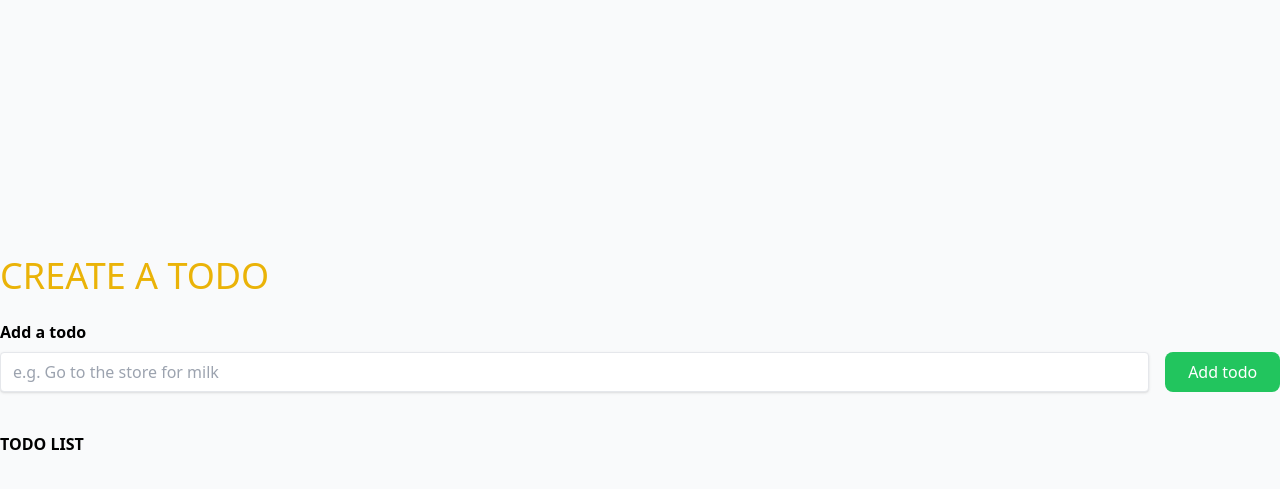
Repository: Kajo-lab/vue-todo
Page: /
The author's editor kept a copy of each file at every save. The page is drawn from the files as they stood at one save, then again after the next save.
The browser window is 1280 px wide. The pictures show the whole page.
The project was rebuilt for these pictures with package versions that can differ from the ones it lists, and the page was loaded fresh each time. Also part of the build but not shown: vite.config.js, webpack.config.js.

Above is the page before, as saved 2022-07-07 19:06:16.

After the next save:
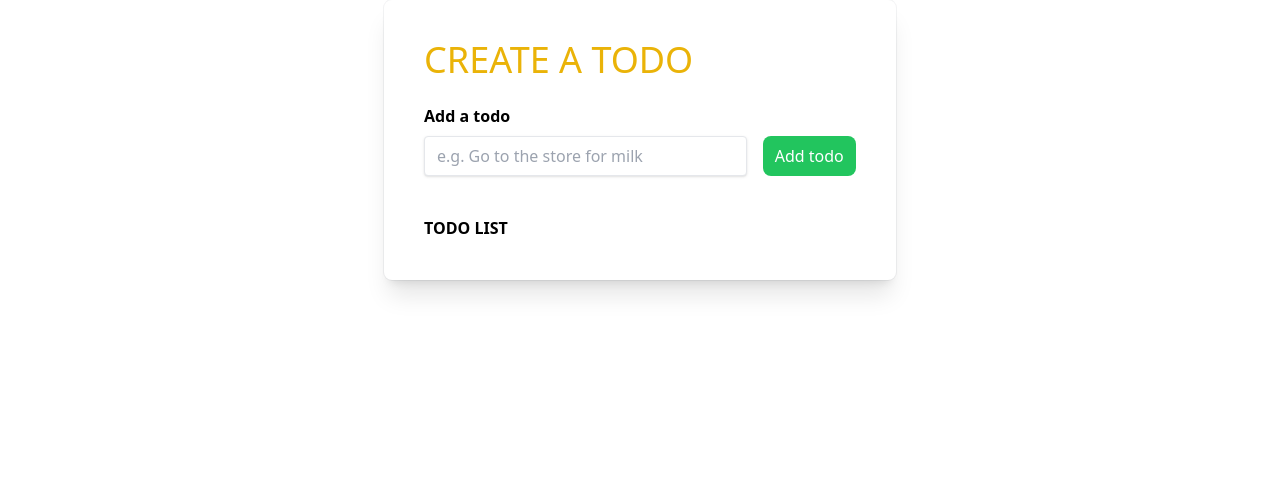
Saved 33 s later.
--- a/src/App.vue
+++ b/src/App.vue
@@ -48,7 +48,7 @@ onMounted(() => {
 <template>
 
 <main>
-	<div class="relative flex min-h-screen flex-col justify-center overflow-hidden bg-gray-50 py-6 sm:py-12">
+	<div class="relative bg-white px-6 pt-10 pb-8 shadow-xl ring-1 ring-gray-900/5 sm:mx-auto sm:max-w-lg sm:rounded-lg sm:px-10">
 		<section class="mb-10">
 		<h1 class="text-4xl text-yellow-500 mb-6">CREATE A TODO</h1>
 				<h3 class="mb-2 font-bold">Add a todo</h3>
